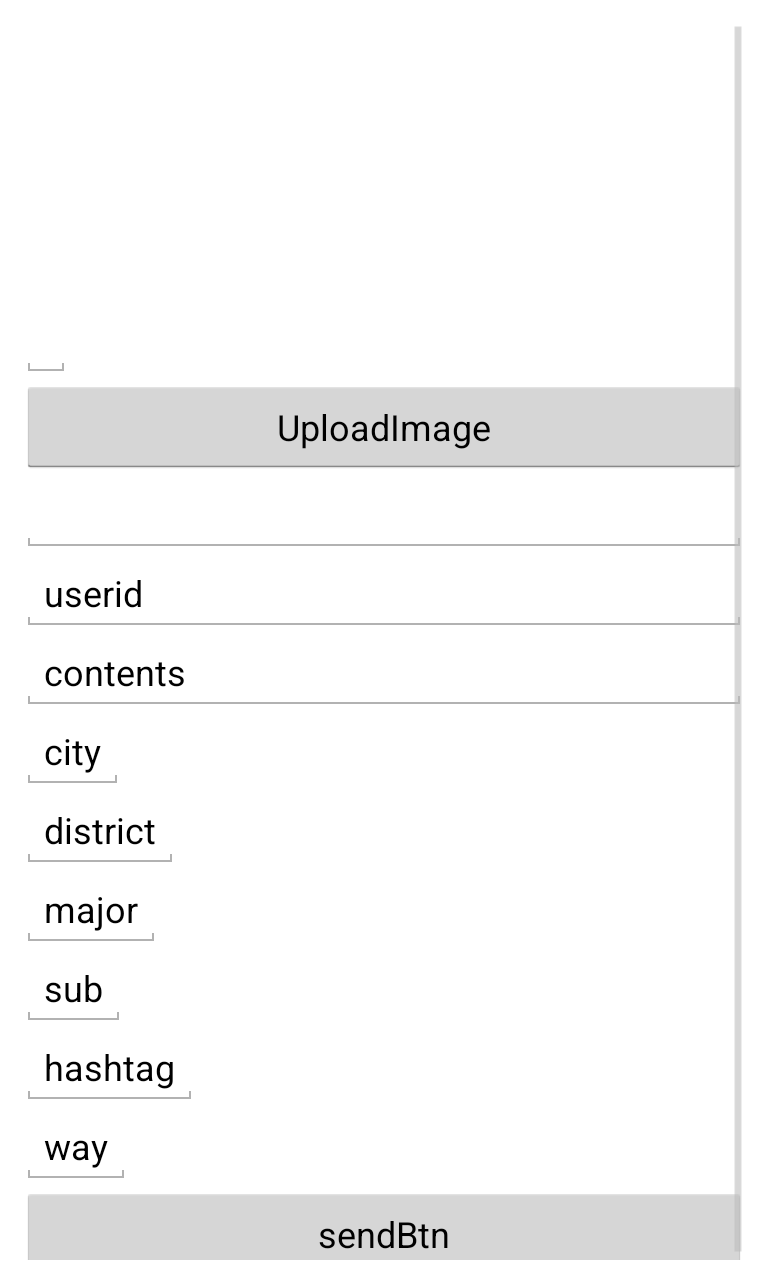
Repository: HSUmod/nanumi
Layout: Nanumi/ImageSendTest/res/layout/activity_main.xml
The author's editor kept a copy of each file at every save. The layout is drawn from the files as they stood at one save, then again after the next save.
It is drawn on a 768 x 1280 px phone screen (xhdpi) without system bars, with theme AppTheme; the app's code is not run.

Above is the layout before, as saved 2015-11-25 09:34:55.

After the next save:
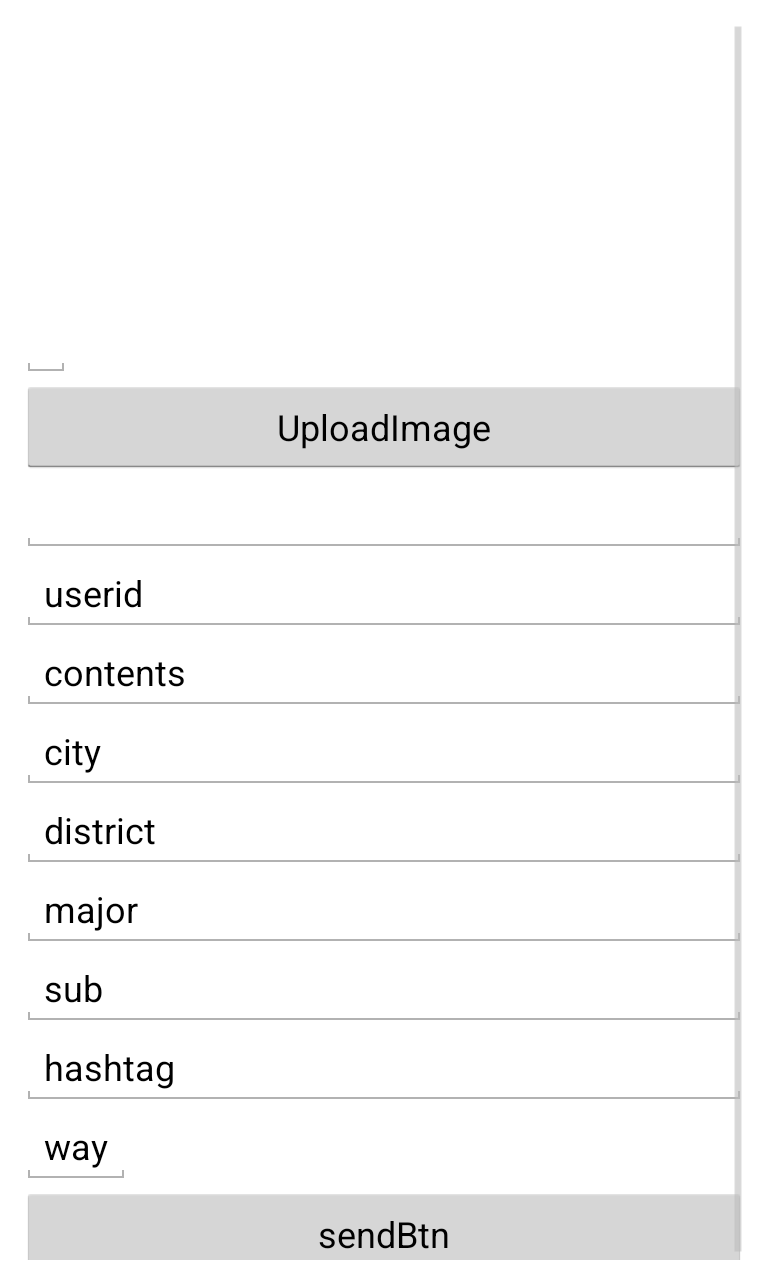
Saved 20 s later.
--- a/Nanumi/ImageSendTest/res/layout/activity_main.xml
+++ b/Nanumi/ImageSendTest/res/layout/activity_main.xml
@@ -46,31 +46,31 @@
 
         <EditText
             android:id="@+id/city"
-            android:layout_width="wrap_content"
+            android:layout_width="match_parent"
             android:layout_height="wrap_content"
             android:text="city" />
 
         <EditText
             android:id="@+id/district"
-            android:layout_width="wrap_content"
+            android:layout_width="match_parent"
             android:layout_height="wrap_content"
             android:text="district" />
 
         <EditText
             android:id="@+id/major"
-            android:layout_width="wrap_content"
+            android:layout_width="match_parent"
             android:layout_height="wrap_content"
             android:text="major" />
 
         <EditText
             android:id="@+id/sub"
-            android:layout_width="wrap_content"
+            android:layout_width="match_parent"
             android:layout_height="wrap_content"
             android:text="sub" />
 
         <EditText
             android:id="@+id/hashtag"
-            android:layout_width="wrap_content"
+            android:layout_width="match_parent"
             android:layout_height="wrap_content"
             android:text="hashtag" />
 
